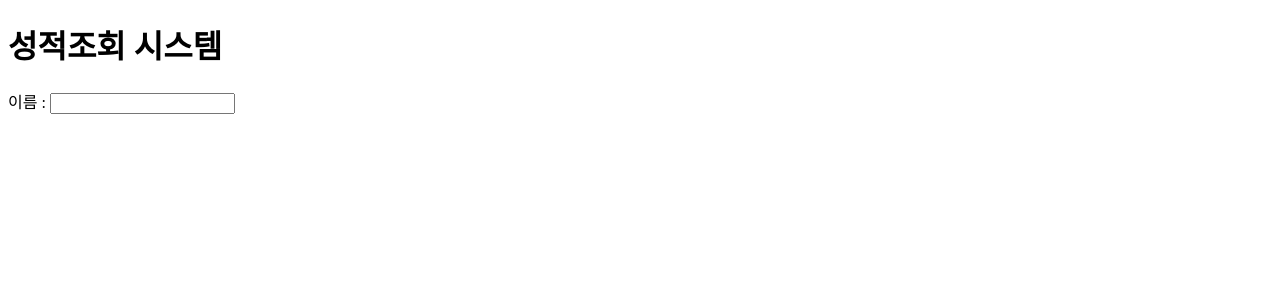
Repository: GitOnibi/jsp
Page: http://localhost/JSPprojec/school/index.jsp
An editor plug-in stored every save of this project. The page is shown before and after a run of saves, followed by the edit.
The browser window is 1280 px wide. The pictures show the whole page.
The page is served by Tomcat 9.

Above is the page before, as saved 2019-01-07 12:06:08.

After the next 2 saves:
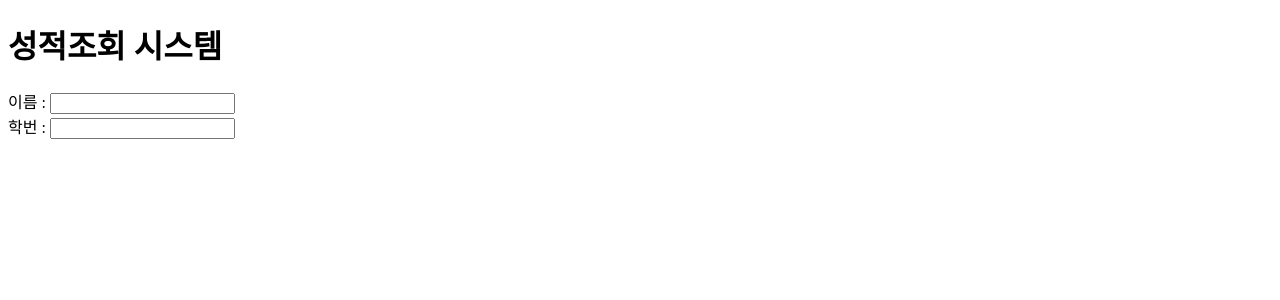
The 2 saves are shown as one change because they came seconds apart.
The last was saved 10 s later.
--- a/JSPprojec/WebContent/school/index.jsp
+++ b/JSPprojec/WebContent/school/index.jsp
@@ -10,7 +10,8 @@
 <body>
 	<h1>성적조회 시스템</h1>
 	<form action="score_search.jsp">
-		이름 : <input type="text" name="stu_name" id="stu_name"/>
+		이름 : <input type="text" name="stu_name" id="stu_name"/><br />
+		학번 : <input type="text" name="stu_name" id="stu_name"/>
 	</form>
 </body>
 </html>
